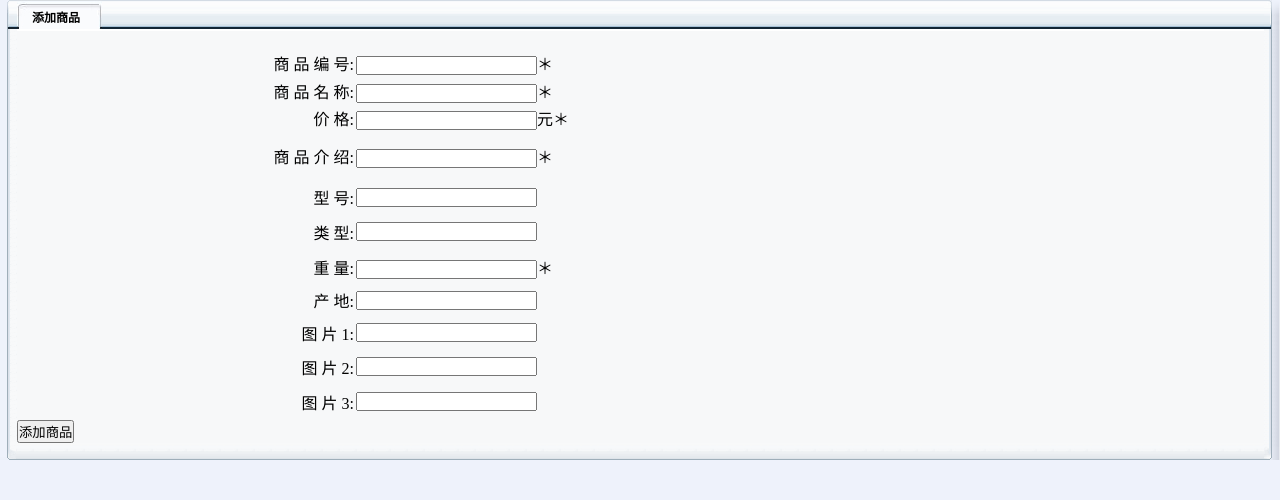
Repository: wzhcxw/shop
Page: ShopOnline/WebContent/admin/addsku.html
These files come from the project's save history. The page is drawn as it stood at one moment and after the next save; the edit follows.
The browser window is 1280 px wide. The pictures show the whole page.

Above is the page before, as saved 2014-09-29 05:23:02.

### ShopOnline/WebContent/admin/addsku.html
<link href="../admin/images/skin.css" rel="stylesheet" type="text/css" />
<meta http-equiv="Content-Type" content="text/html; charset=UTF-8" />
<head>
	<script src="../admin/js/ckeditor.js"></script>
	<script  src="../js/jquery-1.7.2.min.js"></script>
	<script  src="../js/jsbase64.js"></script>
	<script  src = "../js/json.js"></script>


	<script>

		function postss(){

			var table =  document.getElementById("table")
			var va = null;
	        var shangpinid =document.getElementById("shangpinid").value;
	        alert(shangpinid);
	        var name =	document.getElementById("name").value;
	        var price =	document.getElementById("price").value;
	        var dscr =	document.getElementById("dscr").value;
	        var guige =	document.getElementById("guige").value;
	        var type =	document.getElementById("type").value;
	        var zhongliang =	document.getElementById("zhongliang").value;
	        var chandi =	document.getElementById("chandi").value;
	        var image1 =	document.getElementById("image1").value;
	        var image2 =	document.getElementById("image2").value;
	        var image3 =	document.getElementById("image3").value;






			alert("yes");
			var jsonStr = {name:name,shangpinid:shangpinid,price:price,dscr:dscr,guige:guige,type:type,zhongliang:zhongliang,chandi:chandi,iamageurl1:image1,iamageurl2:image2,iamageurl3:image3};
			jsonStr = JSON.stringify(jsonStr);
			alert(jsonStr);
			var  urll = "./admin/shangpin/addshangpin.do";

		    $.post(urll,jsonStr,
		    function(data){
		      if(data.flag == "0"){
		      	alert(data.message);


		      }

		    });
		 }


	</script>


</head>
<style type="text/css">
<!--
body {
margin-left: 0px;
margin-top: 0px;
margin-right: 0px;
margin-bottom: 0px;
background-color: #EEF2FB;
}
-->
</style>

<style type="text/css">
*{margin:0;padding:0;}
tr{}
.tal{text-align:right;}
</style>

<body>
<table width="100%" border="0" cellpadding="0" cellspacing="0">
<tr>
<td width="17" valign="top" background="../admin/images/mail_leftbg.gif"><img src="../admin/images/left-top-right.gif" width="17" height="29" /></td>
<td valign="top" background="../admin/images/content-bg.gif"><table width="100%" height="31" border="0" cellpadding="0" cellspacing="0" class="left_topbg" id="table2">
<tr>
<td height="31"><div class="titlebt">添加商品</div></td>
</tr>
</table></td>
<td width="16" valign="top" background="../admin/images/mail_rightbg.gif"><img src="../admin/images/nav-right-bg.gif" width="16" height="29" /></td>
</tr>
<tr>
<td valign="middle" background="../admin/images/mail_leftbg.gif">&nbsp;</td>
<td valign="top" bgcolor="#F7F8F9">&nbsp;


<body  id= mainbody  >
 	<br>
 	<form>
	<table id="table" width="1000">
        <tr >
        	<td  class="tal" width="333" height="22">商 品 编 号:</td>
           <td  class = "taa" width="655"><input id="shangpingid" width="100"></input>＊</td>
        </tr>
                <tr>
        	<td class="tal"  height="27">商 品 名 称:</td>
           <td><input id="name" width="200"></input>＊</td>
        </tr>
                <tr>
        	<td class="tal"  >价 格:</td>
           <td><input  id="price"  width="50">元＊</input></td>
        </tr>
                <tr>
        	<td height="48" class="tal"  >商 品 介 绍:</td>
           <td><input  id="dscr" width="350" height="100">＊</input></td>
        </tr>
                <tr>
        	<td height="30" class="tal"  >型 号:</td>
           <td><input  id="guige" width="50"></input></td>
        </tr>
                <tr>
        	<td height="35" class="tal"  >类 型:</td>
           <td><input id="type"  width="50"></input></td>
        </tr>
                        <tr>
        	<td height="32" class="tal"  >重 量:</td>
           <td><input  id="zhongliang"  width="50">＊</input></td>
        </tr>
                        <tr>
        	<td height="30" class="tal"  >产 地:</td>
           <td><input  id="chandi"  width="50"></input></td>
        </tr>

         <tr>
        	<td height="31" class="tal"  >图 片 1:</td>
           <td><input id="image1"  width="350"></input></td>
        </tr>
                            <tr>
        	<td height="33" class="tal"  >图 片 2:</td>
           <td><input id="image2" width="350"></input></td>
        </tr>
                                <tr>
        	<td height="33" class="tal"  >图 片 3:</td>
           <td><input id="image2"  width="350"></input></td>
        </tr>
    </table>
    </form>


<button size="20"  onclick="postss()" id="addbutton">添加商品</button>
</body>





</td>
<td background="../admin/images/mail_rightbg.gif">&nbsp;
</td>
</tr>
<tr>
<td valign="bottom" background="../admin/images/mail_leftbg.gif"><img src="../admin/images/buttom_left2.gif" width="17" height="17" /></td>
<td background="../admin/images/buttom_bgs.gif"><img src="../admin/images/buttom_bgs.gif" width="17" height="17"></td>
<td valign="bottom" background="../admin/images/mail_rightbg.gif"><img src="../admin/images/buttom_right2.gif" width="16" height="17" /></td>
</tr>
</table>
</body>

### ShopOnline/WebContent/js/jsbase64.js
/**
 * base64 de   en,
 */

function Base64() {

    // private property
    _keyStr = "ABCDEFGHIJKLMNOPQRSTUVWXYZabcdefghijklmnopqrstuvwxyz0123456789+/=";

    // public method for encoding
    this.encode = function (input) {
        var output = "";
        var chr1, chr2, chr3, enc1, enc2, enc3, enc4;
        var i = 0;
        input = _utf8_encode(input);
        while (i < input.length) {
            chr1 = input.charCodeAt(i++);
            chr2 = input.charCodeAt(i++);
            chr3 = input.charCodeAt(i++);
            enc1 = chr1 >> 2;
            enc2 = ((chr1 & 3) << 4) | (chr2 >> 4);
            enc3 = ((chr2 & 15) << 2) | (chr3 >> 6);
            enc4 = chr3 & 63;
            if (isNaN(chr2)) {
                enc3 = enc4 = 64;
            } else if (isNaN(chr3)) {
                enc4 = 64;
            }
            output = output +
            _keyStr.charAt(enc1) + _keyStr.charAt(enc2) +
            _keyStr.charAt(enc3) + _keyStr.charAt(enc4);
        }

        return output;
    }

    // public method for decoding
    this.decode = function (input) {
        var output = "";
        var chr1, chr2, chr3;
        var enc1, enc2, enc3, enc4;
        var i = 0;
        input = input.replace(/[^A-Za-z0-9\+\/\=]/g, "");
        while (i < input.length) {
            enc1 = _keyStr.indexOf(input.charAt(i++));
            enc2 = _keyStr.indexOf(input.charAt(i++));
            enc3 = _keyStr.indexOf(input.charAt(i++));
            enc4 = _keyStr.indexOf(input.charAt(i++));
            chr1 = (enc1 << 2) | (enc2 >> 4);
            chr2 = ((enc2 & 15) << 4) | (enc3 >> 2);
            chr3 = ((enc3 & 3) << 6) | enc4;
            output = output + String.fromCharCode(chr1);
            if (enc3 != 64) {
                output = output + String.fromCharCode(chr2);
            }
            if (enc4 != 64) {
                output = output + String.fromCharCode(chr3);
            }
        }
        output = _utf8_decode(output);
        return output;
    }

    // private method for UTF-8 encoding
    _utf8_encode = function (string) {
        string = string.replace(/\r\n/g,"\n");
        var utftext = "";
        for (var n = 0; n < string.length; n++) {
            var c = string.charCodeAt(n);
            if (c < 128) {
                utftext += String.fromCharCode(c);
            } else if((c > 127) && (c < 2048)) {
                utftext += String.fromCharCode((c >> 6) | 192);
                utftext += String.fromCharCode((c & 63) | 128);
            } else {
                utftext += String.fromCharCode((c >> 12) | 224);
                utftext += String.fromCharCode(((c >> 6) & 63) | 128);
                utftext += String.fromCharCode((c & 63) | 128);
            }

        }
        return utftext;
    }

    // private method for UTF-8 decoding
    _utf8_decode = function (utftext) {
        var string = "";
        var i = 0;
        var c = c1 = c2 = 0;
        while ( i < utftext.length ) {
            c = utftext.charCodeAt(i);
            if (c < 128) {
                string += String.fromCharCode(c);
                i++;
            } else if((c > 191) && (c < 224)) {
                c2 = utftext.charCodeAt(i+1);
                string += String.fromCharCode(((c & 31) << 6) | (c2 & 63));
                i += 2;
            } else {
                c2 = utftext.charCodeAt(i+1);
                c3 = utftext.charCodeAt(i+2);
                string += String.fromCharCode(((c & 15) << 12) | ((c2 & 63) << 6) | (c3 & 63));
                i += 3;
            }
        }
        return string;
    }
}

### ShopOnline/WebContent/js/json.js
/**
 *
 */

/*
    json2.js
    2014-02-04

    Public Domain.

    NO WARRANTY EXPRESSED OR IMPLIED. USE AT YOUR OWN RISK.

    See http://www.JSON.org/js.html


    This code should be minified before deployment.
    See http://javascript.crockford.com/jsmin.html

    USE YOUR OWN COPY. IT IS EXTREMELY UNWISE TO LOAD CODE FROM SERVERS YOU DO
    NOT CONTROL.


    This file creates a global JSON object containing two methods: stringify
    and parse.

        JSON.stringify(value, replacer, space)
            value       any JavaScript value, usually an object or array.

            replacer    an optional parameter that determines how object
                        values are stringified for objects. It can be a
                        function or an array of strings.

            space       an optional parameter that specifies the indentation
                        of nested structures. If it is omitted, the text will
                        be packed without extra whitespace. If it is a number,
                        it will specify the number of spaces to indent at each
                        level. If it is a string (such as '\t' or '&nbsp;'),
                        it contains the characters used to indent at each level.

            This method produces a JSON text from a JavaScript value.

            When an object value is found, if the object contains a toJSON
            method, its toJSON method will be called and the result will be
            stringified. A toJSON method does not serialize: it returns the
            value represented by the name/value pair that should be serialized,
            or undefined if nothing should be serialized. The toJSON method
            will be passed the key associated with the value, and this will be
            bound to the value

            For example, this would serialize Dates as ISO strings.

                Date.prototype.toJSON = function (key) {
                    function f(n) {
                        // Format integers to have at least two digits.
                        return n < 10 ? '0' + n : n;
                    }

                    return this.getUTCFullYear()   + '-' +
                         f(this.getUTCMonth() + 1) + '-' +
                         f(this.getUTCDate())      + 'T' +
                         f(this.getUTCHours())     + ':' +
                         f(this.getUTCMinutes())   + ':' +
                         f(this.getUTCSeconds())   + 'Z';
                };

            You can provide an optional replacer method. It will be passed the
            key and value of each member, with this bound to the containing
            object. The value that is returned from your method will be
            serialized. If your method returns undefined, then the member will
            be excluded from the serialization.

            If the replacer parameter is an array of strings, then it will be
            used to select the members to be serialized. It filters the results
            such that only members with keys listed in the replacer array are
            stringified.

            Values that do not have JSON representations, such as undefined or
            functions, will not be serialized. Such values in objects will be
            dropped; in arrays they will be replaced with null. You can use
            a replacer function to replace those with JSON values.
            JSON.stringify(undefined) returns undefined.

            The optional space parameter produces a stringification of the
            value that is filled with line breaks and indentation to make it
            easier to read.

            If the space parameter is a non-empty string, then that string will
            be used for indentation. If the space parameter is a number, then
            the indentation will be that many spaces.

            Example:

            text = JSON.stringify(['e', {pluribus: 'unum'}]);
            // text is '["e",{"pluribus":"unum"}]'


            text = JSON.stringify(['e', {pluribus: 'unum'}], null, '\t');
            // text is '[\n\t"e",\n\t{\n\t\t"pluribus": "unum"\n\t}\n]'

            text = JSON.stringify([new Date()], function (key, value) {
                return this[key] instanceof Date ?
                    'Date(' + this[key] + ')' : value;
            });
            // text is '["Date(---current time---)"]'


        JSON.parse(text, reviver)
            This method parses a JSON text to produce an object or array.
            It can throw a SyntaxError exception.

            The optional reviver parameter is a function that can filter and
            transform the results. It receives each of the keys and values,
            and its return value is used instead of the original value.
            If it returns what it received, then the structure is not modified.
            If it returns undefined then the member is deleted.

            Example:

            // Parse the text. Values that look like ISO date strings will
            // be converted to Date objects.

            myData = JSON.parse(text, function (key, value) {
                var a;
                if (typeof value === 'string') {
                    a =
/^(\d{4})-(\d{2})-(\d{2})T(\d{2}):(\d{2}):(\d{2}(?:\.\d*)?)Z$/.exec(value);
                    if (a) {
                        return new Date(Date.UTC(+a[1], +a[2] - 1, +a[3], +a[4],
                            +a[5], +a[6]));
                    }
                }
                return value;
            });

            myData = JSON.parse('["Date(09/09/2001)"]', function (key, value) {
                var d;
                if (typeof value === 'string' &&
                        value.slice(0, 5) === 'Date(' &&
                        value.slice(-1) === ')') {
                    d = new Date(value.slice(5, -1));
                    if (d) {
                        return d;
                    }
                }
                return value;
            });


    This is a reference implementation. You are free to copy, modify, or
    redistribute.
*/

/*jslint evil: true, regexp: true */

/*members "", "\b", "\t", "\n", "\f", "\r", "\"", JSON, "\\", apply,
    call, charCodeAt, getUTCDate, getUTCFullYear, getUTCHours,
    getUTCMinutes, getUTCMonth, getUTCSeconds, hasOwnProperty, join,
    lastIndex, length, parse, prototype, push, replace, slice, stringify,
    test, toJSON, toString, valueOf
*/


// Create a JSON object only if one does not already exist. We create the
// methods in a closure to avoid creating global variables.

if (typeof JSON !== 'object') {
    JSON = {};
}

(function () {
    'use strict';

    function f(n) {
        // Format integers to have at least two digits.
        return n < 10 ? '0' + n : n;
    }

    if (typeof Date.prototype.toJSON !== 'function') {

        Date.prototype.toJSON = function () {

            return isFinite(this.valueOf())
                ? this.getUTCFullYear()     + '-' +
                    f(this.getUTCMonth() + 1) + '-' +
                    f(this.getUTCDate())      + 'T' +
                    f(this.getUTCHours())     + ':' +
                    f(this.getUTCMinutes())   + ':' +
                    f(this.getUTCSeconds())   + 'Z'
                : null;
        };

        String.prototype.toJSON      =
            Number.prototype.toJSON  =
            Boolean.prototype.toJSON = function () {
                return this.valueOf();
            };
    }

    var cx,
        escapable,
        gap,
        indent,
        meta,
        rep;


    function quote(string) {

// If the string contains no control characters, no quote characters, and no
// backslash characters, then we can safely slap some quotes around it.
// Otherwise we must also replace the offending characters with safe escape
// sequences.

        escapable.lastIndex = 0;
        return escapable.test(string) ? '"' + string.replace(escapable, function (a) {
            var c = meta[a];
            return typeof c === 'string'
                ? c
                : '\\u' + ('0000' + a.charCodeAt(0).toString(16)).slice(-4);
        }) + '"' : '"' + string + '"';
    }


    function str(key, holder) {

// Produce a string from holder[key].

        var i,          // The loop counter.
            k,          // The member key.
            v,          // The member value.
            length,
            mind = gap,
            partial,
            value = holder[key];

// If the value has a toJSON method, call it to obtain a replacement value.

        if (value && typeof value === 'object' &&
                typeof value.toJSON === 'function') {
            value = value.toJSON(key);
        }

// If we were called with a replacer function, then call the replacer to
// obtain a replacement value.

        if (typeof rep === 'function') {
            value = rep.call(holder, key, value);
        }

// What happens next depends on the value's type.

        switch (typeof value) {
        case 'string':
            return quote(value);

        case 'number':

// JSON numbers must be finite. Encode non-finite numbers as null.

            return isFinite(value) ? String(value) : 'null';

        case 'boolean':
        case 'null':

// If the value is a boolean or null, convert it to a string. Note:
// typeof null does not produce 'null'. The case is included here in
// the remote chance that this gets fixed someday.

            return String(value);

// If the type is 'object', we might be dealing with an object or an array or
// null.

        case 'object':

// Due to a specification blunder in ECMAScript, typeof null is 'object',
// so watch out for that case.

            if (!value) {
                return 'null';
            }

// Make an array to hold the partial results of stringifying this object value.

            gap += indent;
            partial = [];

// Is the value an array?

            if (Object.prototype.toString.apply(value) === '[object Array]') {

// The value is an array. Stringify every element. Use null as a placeholder
// for non-JSON values.

                length = value.length;
                for (i = 0; i < length; i += 1) {
                    partial[i] = str(i, value) || 'null';
                }

// Join all of the elements together, separated with commas, and wrap them in
// brackets.

                v = partial.length === 0
                    ? '[]'
                    : gap
                    ? '[\n' + gap + partial.join(',\n' + gap) + '\n' + mind + ']'
                    : '[' + partial.join(',') + ']';
                gap = mind;
                return v;
            }

// If the replacer is an array, use it to select the members to be stringified.

            if (rep && typeof rep === 'object') {
                length = rep.length;
                for (i = 0; i < length; i += 1) {
                    if (typeof rep[i] === 'string') {
                        k = rep[i];
                        v = str(k, value);
                        if (v) {
                            partial.push(quote(k) + (gap ? ': ' : ':') + v);
                        }
                    }
                }
            } else {

// Otherwise, iterate through all of the keys in the object.

                for (k in value) {
                    if (Object.prototype.hasOwnProperty.call(value, k)) {
                        v = str(k, value);
                        if (v) {
                            partial.push(quote(k) + (gap ? ': ' : ':') + v);
                        }
                    }
                }
            }

// Join all of the member texts together, separated with commas,
// and wrap them in braces.

            v = partial.length === 0
                ? '{}'
                : gap
                ? '{\n' + gap + partial.join(',\n' + gap) + '\n' + mind + '}'
                : '{' + partial.join(',') + '}';
            gap = mind;
            return v;
        }
    }

// If the JSON object does not yet have a stringify method, give it one.

    if (typeof JSON.stringify !== 'function') {
        escapable = /[\\\"\x00-\x1f\x7f-\x9f\u00ad\u0600-\u0604\u070f\u17b4\u17b5\u200c-\u200f\u2028-\u202f\u2060-\u206f\ufeff\ufff0-\uffff]/g;
        meta = {    // table of character substitutions
            '\b': '\\b',
            '\t': '\\t',
            '\n': '\\n',
            '\f': '\\f',
            '\r': '\\r',
            '"' : '\\"',
            '\\': '\\\\'
        };
        JSON.stringify = function (value, replacer, space) {

// The stringify method takes a value and an optional replacer, and an optional
// space parameter, and returns a JSON text. The replacer can be a function
// that can replace values, or an array of strings that will select the keys.
// A default replacer method can be provided. Use of the space parameter can
// produce text that is more easily readable.

            var i;
            gap = '';
            indent = '';

// If the space parameter is a number, make an indent string containing that
// many spaces.

            if (typeof space === 'number') {
                for (i = 0; i < space; i += 1) {
                    indent += ' ';
                }

// If the space parameter is a string, it will be used as the indent string.

            } else if (typeof space === 'string') {
                indent = space;
            }

// If there is a replacer, it must be a function or an array.
// Otherwise, throw an error.

            rep = replacer;
            if (replacer && typeof replacer !== 'function' &&
                    (typeof replacer !== 'object' ||
                    typeof replacer.length !== 'number')) {
                throw new Error('JSON.stringify');
            }

// Make a fake root object containing our value under the key of ''.
// Return the result of stringifying the value.

            return str('', {'': value});
        };
    }


// If the JSON object does not yet have a parse method, give it one.

    if (typeof JSON.parse !== 'function') {
        cx = /[\u0000\u00ad\u0600-\u0604\u070f\u17b4\u17b5\u200c-\u200f\u2028-\u202f\u2060-\u206f\ufeff\ufff0-\uffff]/g;
        JSON.parse = function (text, reviver) {

// The parse method takes a text and an optional reviver function, and returns
// a JavaScript value if the text is a valid JSON text.

            var j;

            function walk(holder, key) {

// The walk method is used to recursively walk the resulting structure so
// that modifications can be made.

                var k, v, value = holder[key];
                if (value && typeof value === 'object') {
                    for (k in value) {
                        if (Object.prototype.hasOwnProperty.call(value, k)) {
                            v = walk(value, k);
                            if (v !== undefined) {
                                value[k] = v;
                            } else {
                                delete value[k];
                            }
                        }
                    }
                }
                return reviver.call(holder, key, value);
            }


// Parsing happens in four stages. In the first stage, we replace certain
// Unicode characters with escape sequences. JavaScript handles many characters
// incorrectly, either silently deleting them, or treating them as line endings.

            text = String(text);
            cx.lastIndex = 0;
            if (cx.test(text)) {
                text = text.replace(cx, function (a) {
                    return '\\u' +
                        ('0000' + a.charCodeAt(0).toString(16)).slice(-4);
                });
            }

// In the second stage, we run the text against regular expressions that look
// for non-JSON patterns. We are especially concerned with '()' and 'new'
// because they can cause invocation, and '=' because it can cause mutation.
// But just to be safe, we want to reject all unexpected forms.

// We split the second stage into 4 regexp operations in order to work around
// crippling inefficiencies in IE's and Safari's regexp engines. First we
// replace the JSON backslash pairs with '@' (a non-JSON character). Second, we
// replace all simple value tokens with ']' characters. Third, we delete all
// open brackets that follow a colon or comma or that begin the text. Finally,
// we look to see that the remaining characters are only whitespace or ']' or
// ',' or ':' or '{' or '}'. If that is so, then the text is safe for eval.

            if (/^[\],:{}\s]*$/
                    .test(text.replace(/\\(?:["\\\/bfnrt]|u[0-9a-fA-F]{4})/g, '@')
                        .replace(/"[^"\\\n\r]*"|true|false|null|-?\d+(?:\.\d*)?(?:[eE][+\-]?\d+)?/g, ']')
                        .replace(/(?:^|:|,)(?:\s*\[)+/g, ''))) {

// In the third stage we use the eval function to compile the text into a
// JavaScript structure. The '{' operator is subject to a syntactic ambiguity
// in JavaScript: it can begin a block or an object literal. We wrap the text
// in parens to eliminate the ambiguity.

                j = eval('(' + text + ')');

// In the optional fourth stage, we recursively walk the new structure, passing
// each name/value pair to a reviver function for possible transformation.

                return typeof reviver === 'function'
                    ? walk({'': j}, '')
                    : j;
            }

// If the text is not JSON parseable, then a SyntaxError is thrown.

            throw new SyntaxError('JSON.parse');
        };
    }
}());

Loaded but not shown: ShopOnline/WebContent/admin/images/skin.css (common file); ShopOnline/WebContent/admin/js/ckeditor.js (library); ShopOnline/WebContent/js/jquery-1.7.2.min.js (library)

After the next save:
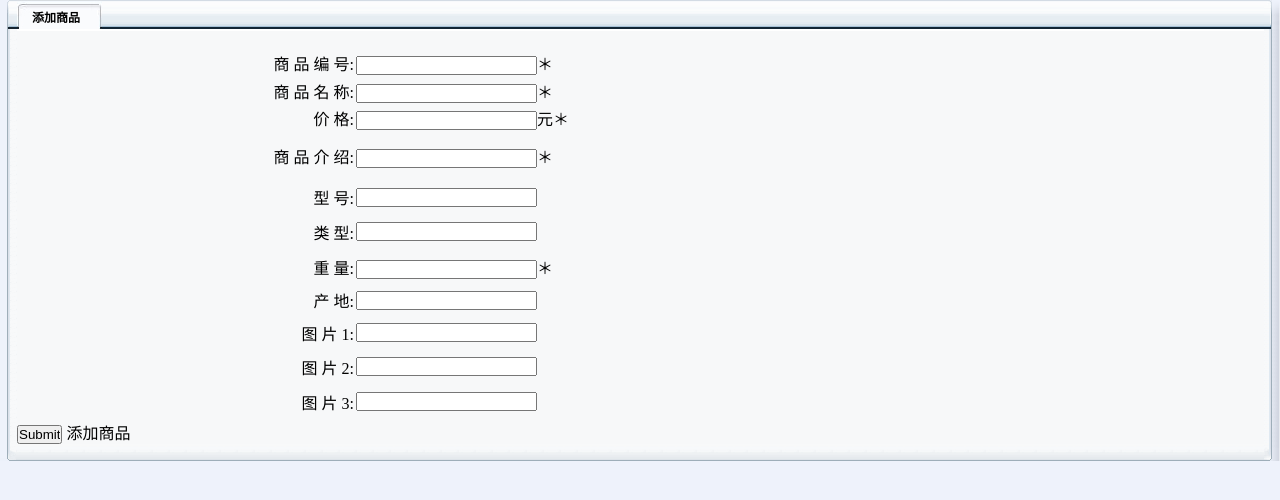
Saved 86 s later.
--- a/ShopOnline/WebContent/admin/addsku.html
+++ b/ShopOnline/WebContent/admin/addsku.html
@@ -137,10 +137,10 @@ tr{}
            <td><input id="image2"  width="350"></input></td>
         </tr>
     </table>
+
+    <input type=submit  onclick="postss()"> 添加商品</input>
     </form>
 
-
-<button size="20"  onclick="postss()" id="addbutton">添加商品</button>
 </body>
 
 
